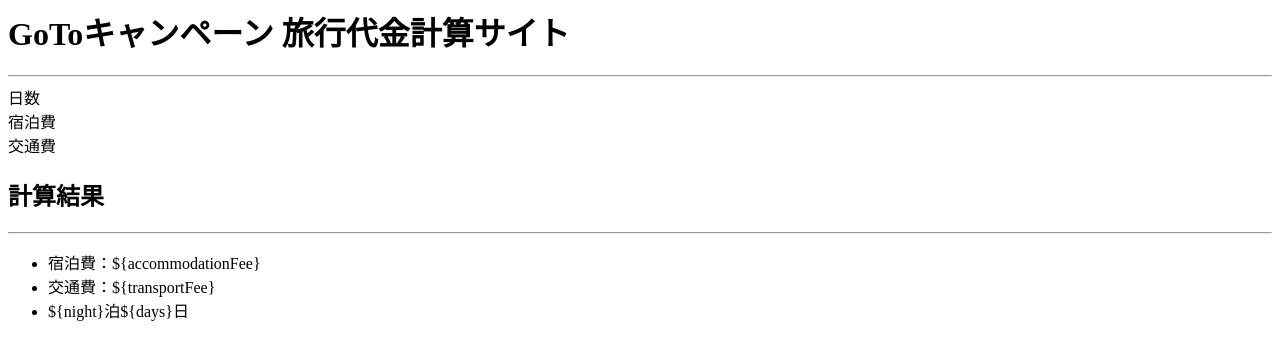
Repository: Ischca/ischca.github.io
Page: src/my-app.html
These files come from the project's save history. The page is drawn as it stood at one moment and after the next save; the edit follows.
The browser window is 1280 px wide. The pictures show the whole page.

Above is the page before, as saved 2020-10-02 15:04:51.

### src/my-app.html
<div class="container">

    <div class="row">
        <h1 class="text-center">GoToキャンペーン 旅行代金計算サイト</h1>
    </div>

    <hr />

    <div class="row justify-content-center">
        <label for="staticEmail" class="col-sm-auto col-form-label">日数</label>
        <div class="col-sm-2">
            <num-selector num.bind="night" suffix.bind="'泊'"></num-selector>
        </div>

        <div class="col-sm-2">
            <num-selector num.bind="days" suffix.bind="'日'"></num-selector>
        </div>
    </div>

    <div class="row justify-content-center">
        <label for="staticEmail" class="col-sm-auto col-form-label">宿泊費</label>
        <div class="col-sm-2">
            <num-selector num.bind="accommodationFee" suffix.bind="'泊'"></num-selector>
        </div>
    </div>

    <div class="row justify-content-center">
        <label for="staticEmail" class="col-sm-auto col-form-label">交通費</label>
        <div class="col-sm-2">
            <num-selector num.bind="transportFee" suffix.bind="'泊'"></num-selector>
        </div>
    </div>

    <h2 class="text-center mt-3">計算結果</h2>
    <hr/>

    <div id="result" class="text-center">
        <ul class="list-group list-group-flush">
            <li class="list-group-item">
                宿泊費：${accommodationFee}
            </li>
            <li class="list-group-item">
                交通費：${transportFee}
            </li>
            <li class="list-group-item">
                ${night}泊${days}日
            </li>
        </ul>
    </div>
</div>

After the next save:
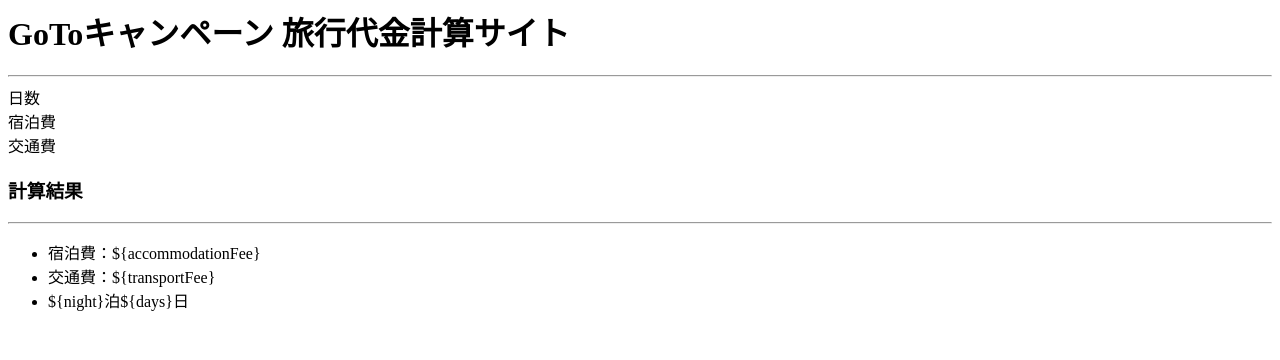
Saved 8 s later.
--- a/src/my-app.html
+++ b/src/my-app.html
@@ -31,7 +31,7 @@
         </div>
     </div>
 
-    <h2 class="text-center mt-3">計算結果</h2>
+    <h3 class="text-center mt-3">計算結果</h3>
     <hr/>
 
     <div id="result" class="text-center">
